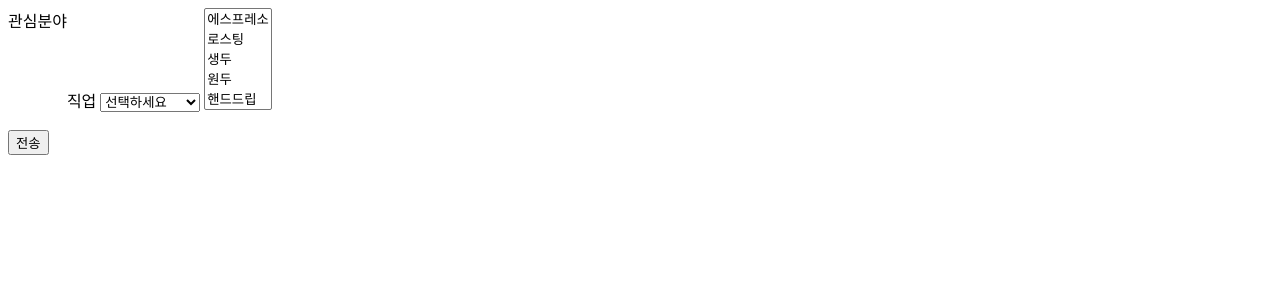
Repository: sinaboro/Jsp_202403
Page: http://localhost/web-study-02/10_select.jsp
An editor plug-in stored every save of this project. The page is shown before and after the next save, followed by the edit.
The browser window is 1280 px wide. The pictures show the whole page.
The page is served by Tomcat 9.

Above is the page before, as saved 2024-02-29 04:00:38.

After the next save:
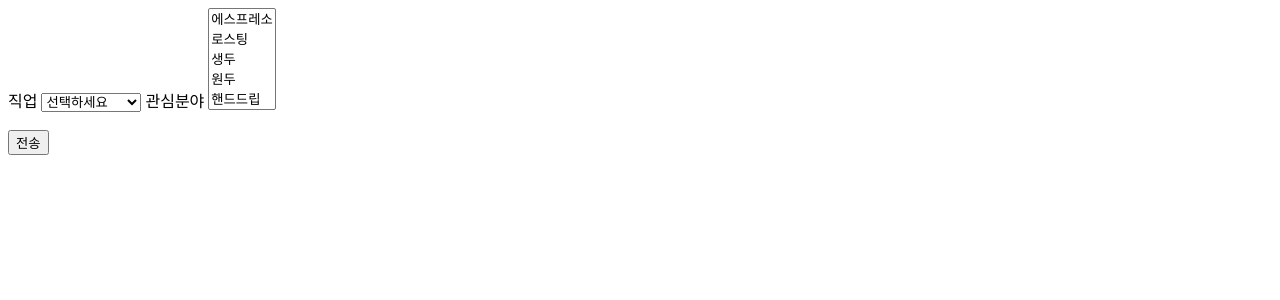
Saved 13 s later.
--- a/web-study-02/src/main/webapp/10_select.jsp
+++ b/web-study-02/src/main/webapp/10_select.jsp
@@ -22,7 +22,7 @@
 			</select>
 
 
-		<label for="interest" style="float: left;">관심분야</label>
+		<label for="interest" >관심분야</label>
 		<select	id="interest" name="interest" size='5' multiple="multiple">
 			<option value="에스프레소">에스프레소</option>
 			<option value="로스팅">로스팅</option>
